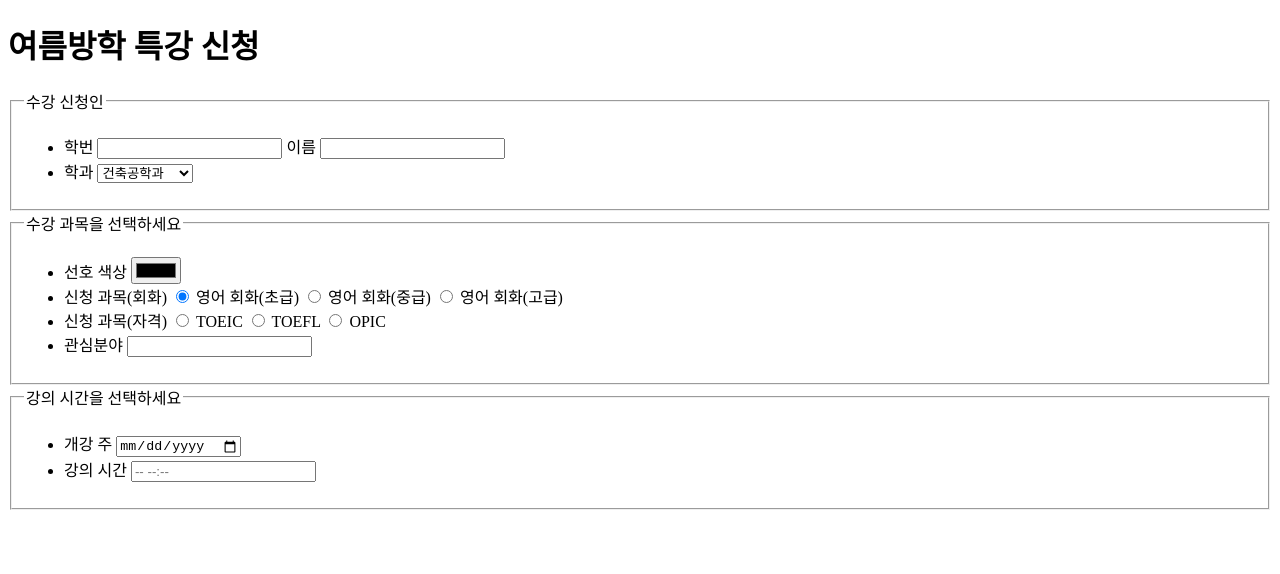
Repository: harin1212/PDA-frontend
Page: 김하린_0728/hw_form.html
An editor plug-in stored every save of this project. The page is shown before and after the next save, followed by the edit.
The browser window is 1280 px wide. The pictures show the whole page.

Above is the page before, as saved 2023-07-28 17:38:10.

After the next save:
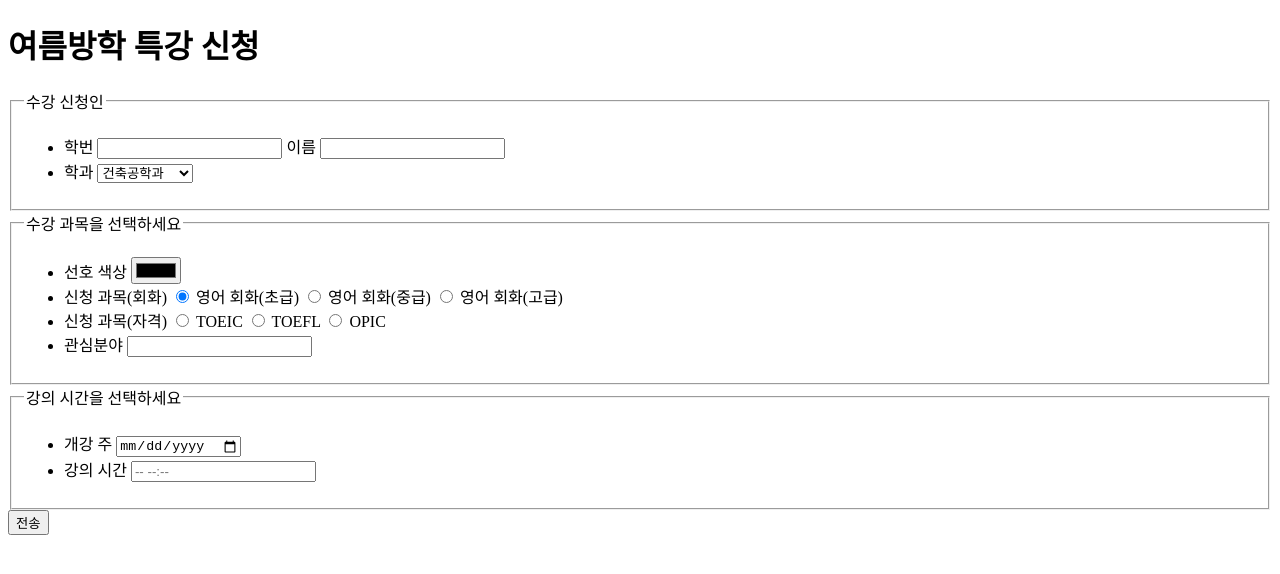
Saved 2 days later.
--- a/김하린_0728/hw_form.html
+++ b/김하린_0728/hw_form.html
@@ -9,6 +9,7 @@
     <header>
         <h1>여름방학 특강 신청</h1>
     </header>
+    <form method="post" action="result">
             <fieldset>
                 <legend>수강 신청인</legend>
                 <ul>
@@ -74,5 +75,7 @@
                     </li>
                 </ul>
             </fieldset>
+            <button type="submit">전송</button>
+        </form>
 </body>
 </html>
